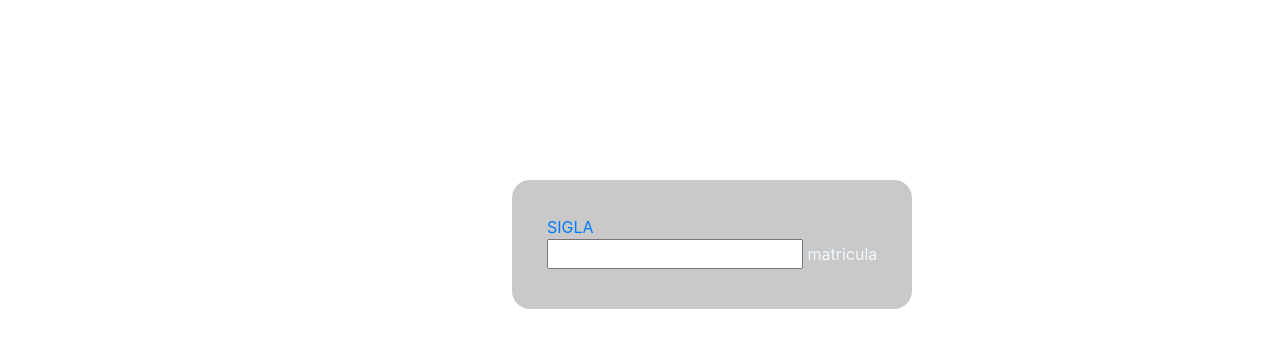
Repository: Melancia06/agenda
Page: index.html
These files come from the project's save history. The page is drawn as it stood at one moment and after the next save; the edit follows.
The browser window is 1280 px wide. The pictures show the whole page.

Above is the page before, as saved 2024-08-08 09:25:55.

### index.html
<!DOCTYPE html>
<html lang="en">
<head>
    <meta charset="UTF-8">
    <meta name="viewport" content="width=device-width, initial-scale=1.0">
    <link rel="stylesheet" href="css/bootstrap.css">
    <link rel="stylesheet" href="css/fontawasome.css">
    <link rel="stylesheet" href="css/css.css">
    <title>começando a fazer esboço do sigla</title>
</head>
<body>
    <div class="marca" ><a class="marca-marca" href="#"> SIGLA</a>
        <br>
        <input type="text" name="matricula" id="matricula" class="input" required>
        <label for="matricula">matricula</label>
    </div>
</body>
</html>

### css/css.css
.marca{
    position: absolute;
   background-color:rgba(78, 78, 78, 0.3);
   left: 40%;
   top: 25%;
    padding: 35px;
    border-radius: 18px;
    color: aliceblue;
}
.marca-marca:hover{
    background-color:rgb(6, 104, 31);
}

Loaded but not shown: css/bootstrap.css (library); css/fontawasome.css (4616 lines, source omitted)

After the next save:
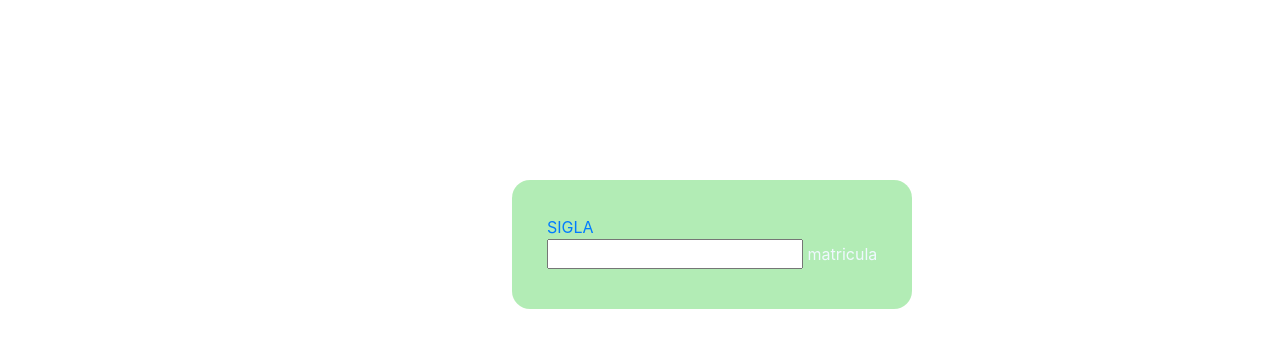
Saved 12 s later.
--- a/css/css.css
+++ b/css/css.css
@@ -1,6 +1,6 @@
 .marca{
     position: absolute;
-   background-color:rgba(78, 78, 78, 0.3);
+   background-color:rgba(0, 192, 10, 0.3);
    left: 40%;
    top: 25%;
     padding: 35px;
